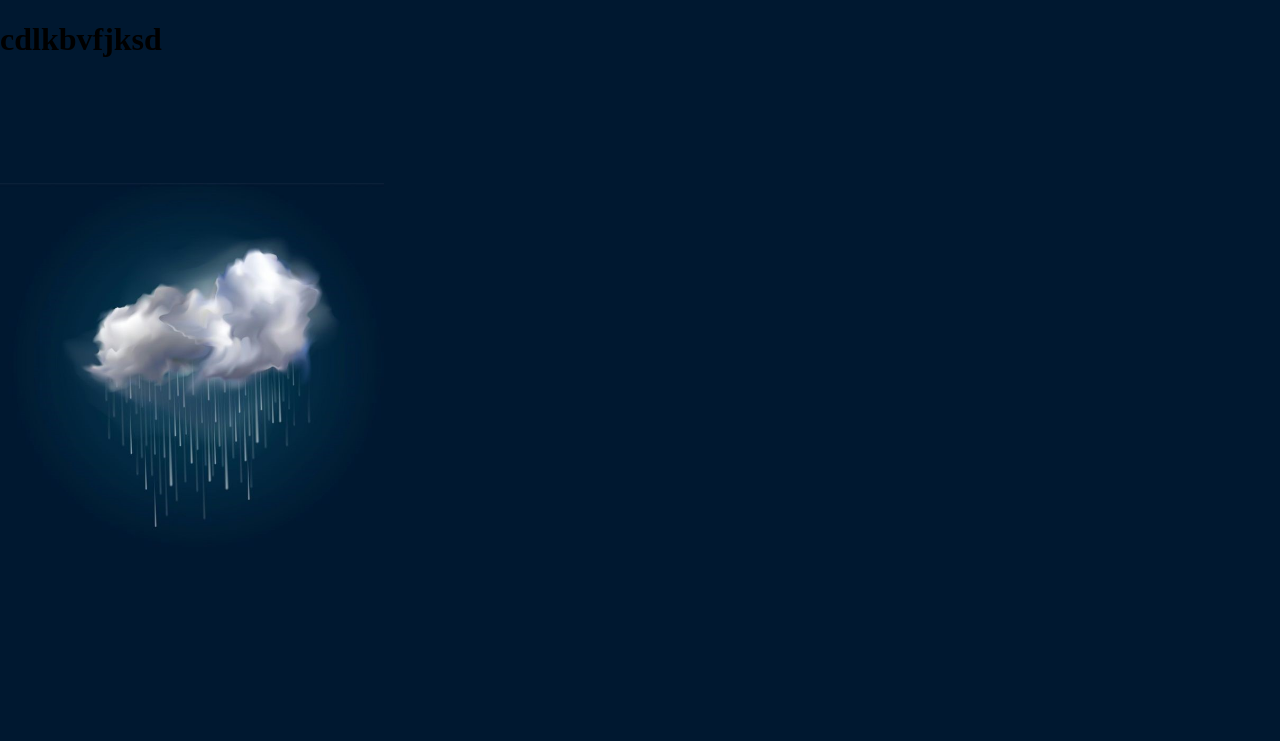
Repository: fateme81yosefi/weather
Page: landing/Landing.html
These files come from the project's save history. The page is drawn as it stood at one moment and after the next save; the edit follows.
The browser window is 1280 px wide. The pictures show the whole page.

Above is the page before, as saved 2025-02-02 16:37:09.

### landing/Landing.html
<!doctype html>
<html lang="en">
	<head>
		<meta charset="utf-8">
		<meta name="viewport" content="width=device-width,initial-scale=1">
        <link rel="stylesheet" href="./style/landing.css">

		<title>هواشناسی</title>
	</head>
	<body>
        <div class="container-landing">
            <h1>cdlkbvfjksd</h1>
        </div>


		<script src="./js/landing.js"></script>
	</body>

</html>

### landing/style/landing.css
body {
  margin: 0 !important;
  padding: 0;
  overflow: hidden;
  background-color: #001830 ;
}
.container-landing {
  background-image:url("../images/bg.jpg");
  background-position: left;
  background-size: 30%;
  background-repeat: no-repeat;
  height: 100vh;
  margin: 0;
  padding: 0;
}

Loaded but not shown: landing/js/landing.js (no stored copy; drawn as an empty file)

After the next save:
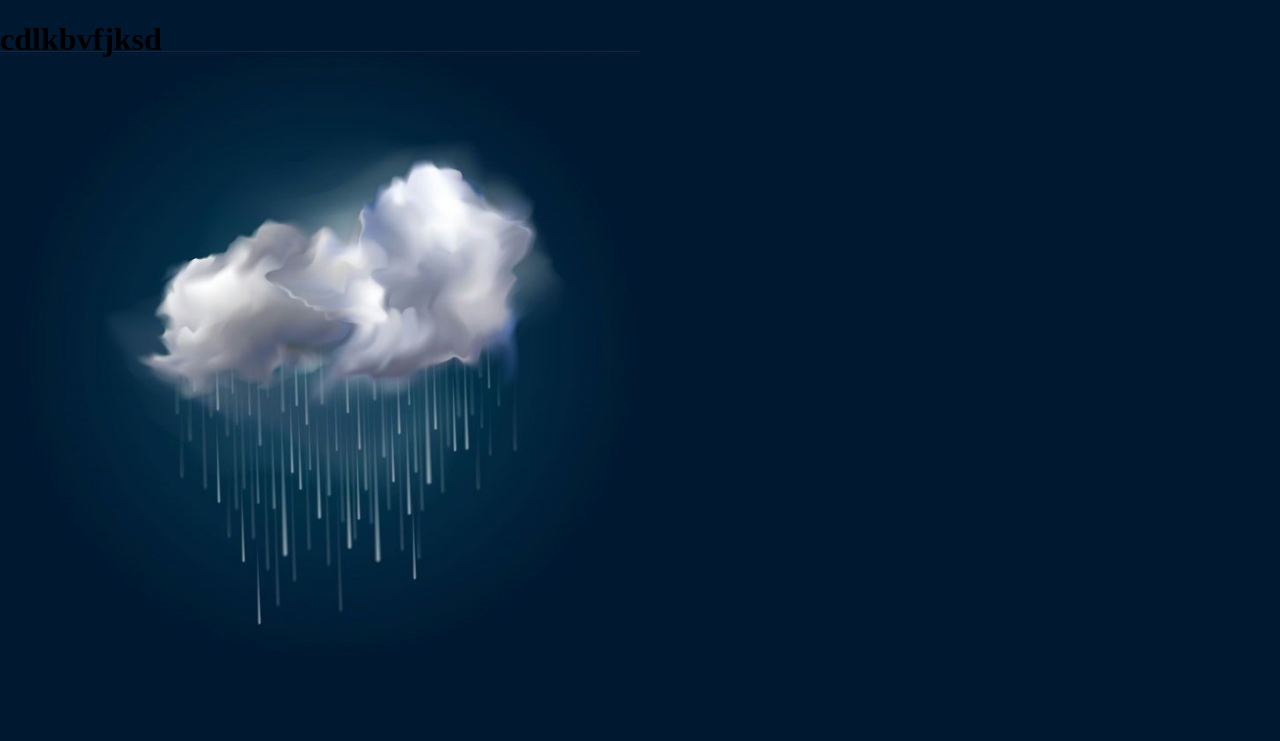
Saved 7 s later.
--- a/landing/style/landing.css
+++ b/landing/style/landing.css
@@ -7,7 +7,7 @@ body {
 .container-landing {
   background-image:url("../images/bg.jpg");
   background-position: left;
-  background-size: 30%;
+  background-size: 50%;
   background-repeat: no-repeat;
   height: 100vh;
   margin: 0;
